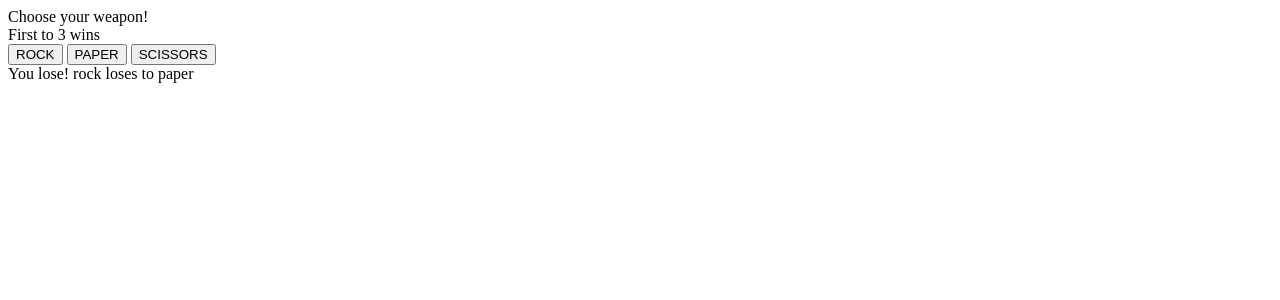
Repository: z1youRA/rock_paper_scissors
Page: index.html
These files come from the project's save history. The page is drawn as it stood at one moment and after the next save; the edit follows.
The browser window is 1280 px wide. The pictures show the whole page.
After loading, the first visible `button` was clicked once.

Above is the page before, as saved 2021-12-14 15:10:14.

### index.html
<!DOCTYPE html>
<html lang="en">
<head>
    <meta charset="UTF-8">
    <meta http-equiv="X-UA-Compatible" content="IE=edge">
    <meta name="viewport" content="width=device-width, initial-scale=1.0">
    <title>ROCK PAPER SCISSORS</title>

</head>
<body>
    <div class='result'>Choose your weapon!</div>
    <div class='intro'>First to 3 wins</div>
    <div class="container">
        <button>ROCK</button>
        <button>PAPER</button>
        <button>SCISSORS</button>
    </div>
</body>
<script src="rockpaperscissors.js">
</script>
</html>

### rockpaperscissors.js
const arr = ["rock", "paper", "scissors"];

function computerPlay(){
    const randomNumber = Math.floor(Math.random() * 3);
    return arr[randomNumber];
}

function playround(playerSelection, computerSelection){
    playerSelection = playerSelection.toLowerCase();
    let result = 0;
    const div = document.createElement('div');
    const container = document.querySelector('.container');
    if(playerSelection == computerSelection) {
        div.textContent = "That's a draw! You both selected " + playerSelection;
        result = 0;
    }
    else if((playerSelection == "rock" && computerSelection == "paper") || (playerSelection == "paper" && computerSelection == "scissors") || (playerSelection == "scissors" && computerSelection == "rock")) {
        div.textContent = "You lose! " + playerSelection + " loses to " + computerSelection;
        result = -1;
    }
    else if((computerSelection == "rock" && playerSelection == "paper") || (computerSelection == "paper" && playerSelection == "scissors") || (computerSelection == "scissors" && playerSelection == "rock")) {
        div.textContent ="You win!" + playerSelection + " beats " + computerSelection;
        result = 1;
    }
    else console.error("Invalid Input!");
    container.appendChild(div);
    return result;
}

//Get input from user for 5 times and make the computer pick a random choice and then compete.
function game() {
    let winTimes = 0;
    let result = 0;
    let round = 0;
    const buttons = Array.from(document.querySelectorAll('button'));
    buttons.forEach(button => {
        button.addEventListener('click', () => {
            result = playround(button.textContent, computerPlay());
            round++;
            console.log(round);
            });
        });
    // for(let i = 0; i < 5; i++){
    //     playerSelection = prompt("Make your choice from rock, paper and scissors:");
    //     result = playround(playerSelection, computerPlay())
    //     if(result == 1) {
    //         winTimes++;
    //     }
    //     else if(result == -1) {
    //         winTimes--;
    //     }
    // }
    // if(winTimes > 0) {
    //     console.log("Yes, you win!");
    // }
    // else if(winTimes < 0) {
    //     console.log("Sorry, you lose!");
    // }
    // else {
    //     console.log("That's a draw, try again.");
    // }

}
game();

After the next save:
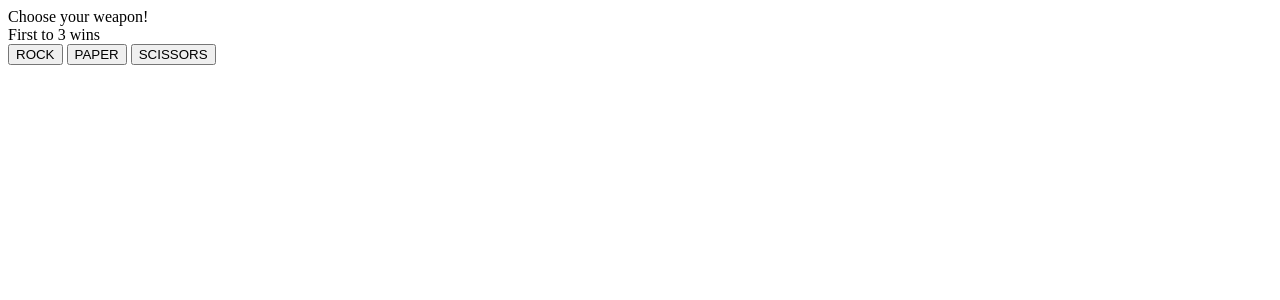
Console error (its wording comes from the project's code and is left out).
Saved 4 min 45 s later.
--- a/rockpaperscissors.js
+++ b/rockpaperscissors.js
@@ -23,7 +23,7 @@
         result = 1;
     }
     else console.error("Invalid Input!");
-    container.appendChild(div);
+    container.insertBefore(div);
     return result;
 }
 
@@ -37,7 +37,10 @@
         button.addEventListener('click', () => {
             result = playround(button.textContent, computerPlay());
             round++;
-            console.log(round);
+            const rslt = document.querySelector('.result');
+            const intr = document.querySelector('.intro');
+            rslt.textContent = `ROUND${round}`;
+            intr.textContent = ``
             });
         });
     // for(let i = 0; i < 5; i++){

After the 3 saves that followed:
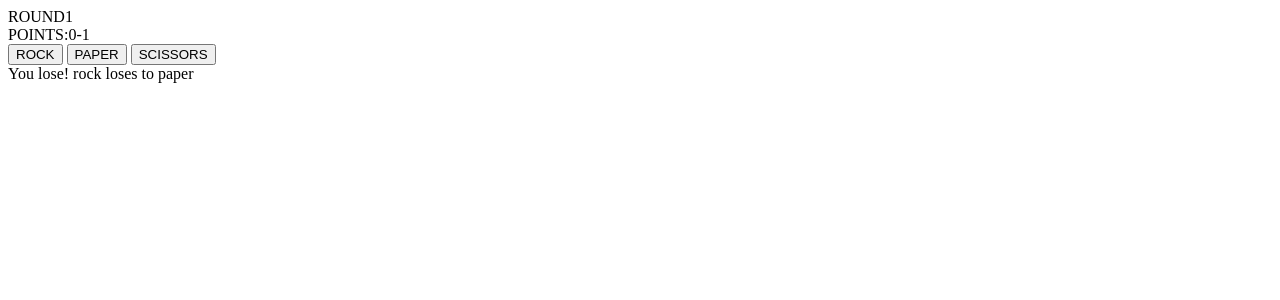
The error is gone.
The 3 saves are shown as one change because 2 left the picture as it was.
The last was saved 2 min 46 s later.
--- a/rockpaperscissors.js
+++ b/rockpaperscissors.js
@@ -23,24 +23,31 @@
         result = 1;
     }
     else console.error("Invalid Input!");
-    container.insertBefore(div);
+    container.appendChild(div);
     return result;
 }
 
 //Get input from user for 5 times and make the computer pick a random choice and then compete.
 function game() {
-    let winTimes = 0;
+    let win = 0;
+    let lose = 0;
     let result = 0;
     let round = 0;
     const buttons = Array.from(document.querySelectorAll('button'));
     buttons.forEach(button => {
         button.addEventListener('click', () => {
             result = playround(button.textContent, computerPlay());
+            if(result === 1) {
+                win++;
+            }
+            else if(result === -1) {
+                lose++;
+            }
             round++;
             const rslt = document.querySelector('.result');
             const intr = document.querySelector('.intro');
             rslt.textContent = `ROUND${round}`;
-            intr.textContent = ``
+            intr.textContent = `POINTS:${win}-${lose}`;
             });
         });
     // for(let i = 0; i < 5; i++){
